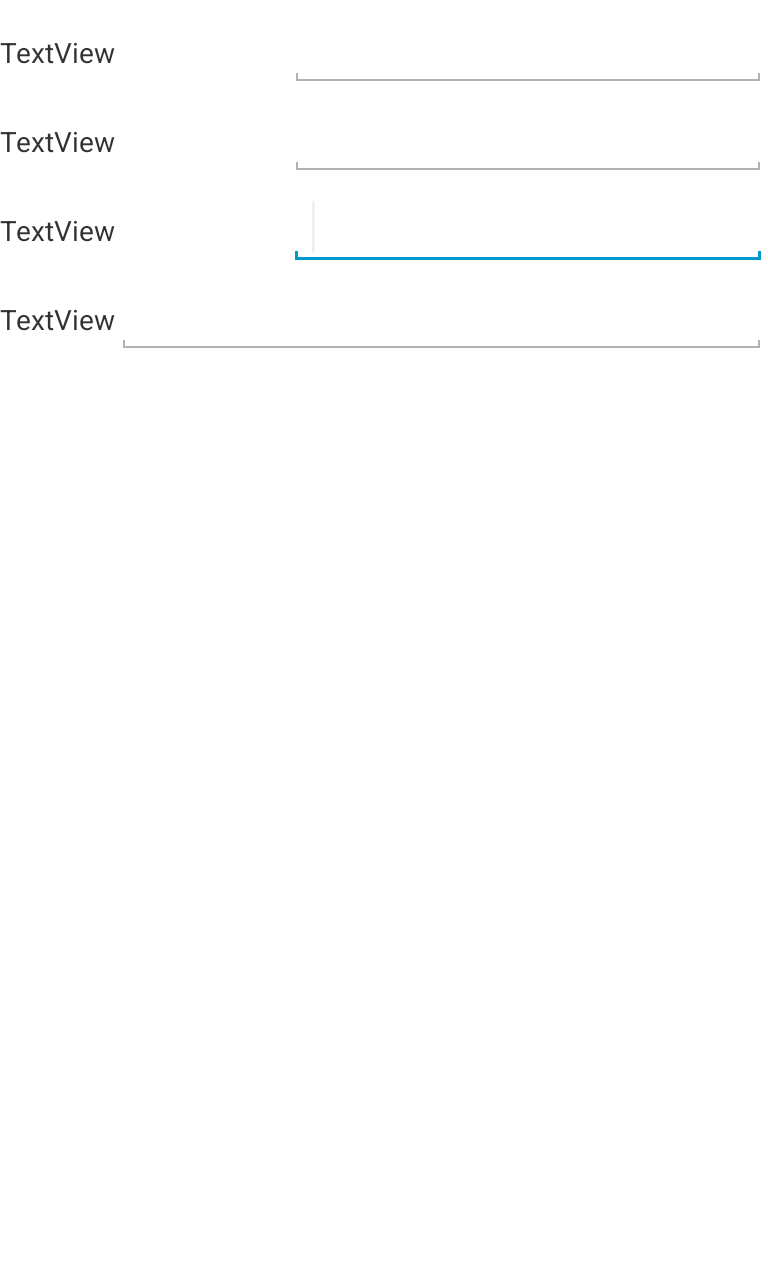
Repository: AungWinnHtut/Android
Layout: mywork1/Sale_system/res/layout/activity_main.xml
These files come from the project's save history. The layout is drawn as it stood at one moment and after the next save; the edit follows.
It is drawn on a 768 x 1280 px phone screen (xhdpi) without system bars, with theme AppTheme; the app's code is not run.

Above is the layout before, as saved 2015-07-12 04:13:57.

### mywork1/Sale_system/res/layout/activity_main.xml
<LinearLayout xmlns:android="http://schemas.android.com/apk/res/android"
    xmlns:tools="http://schemas.android.com/tools"
    android:id="@+id/LinearLayout1"
    android:layout_width="match_parent"
    android:layout_height="match_parent"
    android:orientation="vertical" >



    <LinearLayout
        android:layout_width="match_parent"
        android:layout_height="wrap_content"
        android:layout_marginTop="5dp"
        android:orientation="horizontal" >

        <TextView
            android:id="@+id/textView1"
            android:layout_width="0dp"
            android:layout_height="wrap_content"
            android:layout_weight="0.3"
            android:text="TextView" />

        <EditText
            android:id="@+id/editText1"
            android:layout_width="0dp"
            android:layout_weight="0.5
            "
            android:layout_height="wrap_content"
            android:ems="10" />

    </LinearLayout>



    <LinearLayout
        android:layout_width="match_parent"
        android:layout_height="wrap_content"
        android:layout_marginTop="5dp"
        android:orientation="horizontal" >

        <TextView
            android:id="@+id/textView2"
            android:layout_width="0"
            android:layout_height="wrap_content"
            android:layout_weight="0.3"
            android:text="TextView" />

        <EditText
            android:id="@+id/editText2"
            android:layout_width="0"
            android:layout_height="wrap_content"
            android:layout_weight="0.5"
            android:ems="10" />

    </LinearLayout>



    <LinearLayout
        android:layout_width="match_parent"
        android:layout_height="wrap_content"
        android:layout_marginTop="5dp"
        android:orientation="horizontal" >

        <TextView
            android:id="@+id/textView3"
            android:layout_width="0"
                  android:layout_weight="0.3"
            android:layout_height="wrap_content"
            android:text="TextView" />

        <EditText
            android:id="@+id/editText3"

            android:layout_height="wrap_content"
       android:layout_weight="0.5"
            android:ems="10" >

            <requestFocus />
        </EditText>

    </LinearLayout>




    <LinearLayout
        android:layout_width="match_parent"
        android:layout_height="wrap_content"
        android:layout_marginTop="5dp"
        android:orientation="horizontal" >

        <TextView
            android:id="@+id/textView4"
            android:layout_width="wrap_content"
            android:layout_height="wrap_content"
            android:text="TextView" />

        <EditText
            android:id="@+id/editText4"
            android:layout_width="wrap_content"
            android:layout_height="wrap_content"
            android:layout_weight="1"
            android:ems="10" />

    </LinearLayout>

</LinearLayout>

Loaded but not shown: mywork1/Sale_system/res/values-v11/styles.xml (common file); mywork1/Sale_system/res/values-v14/styles.xml (common file); mywork1/Sale_system/res/values/styles.xml (common file)

After the next save:
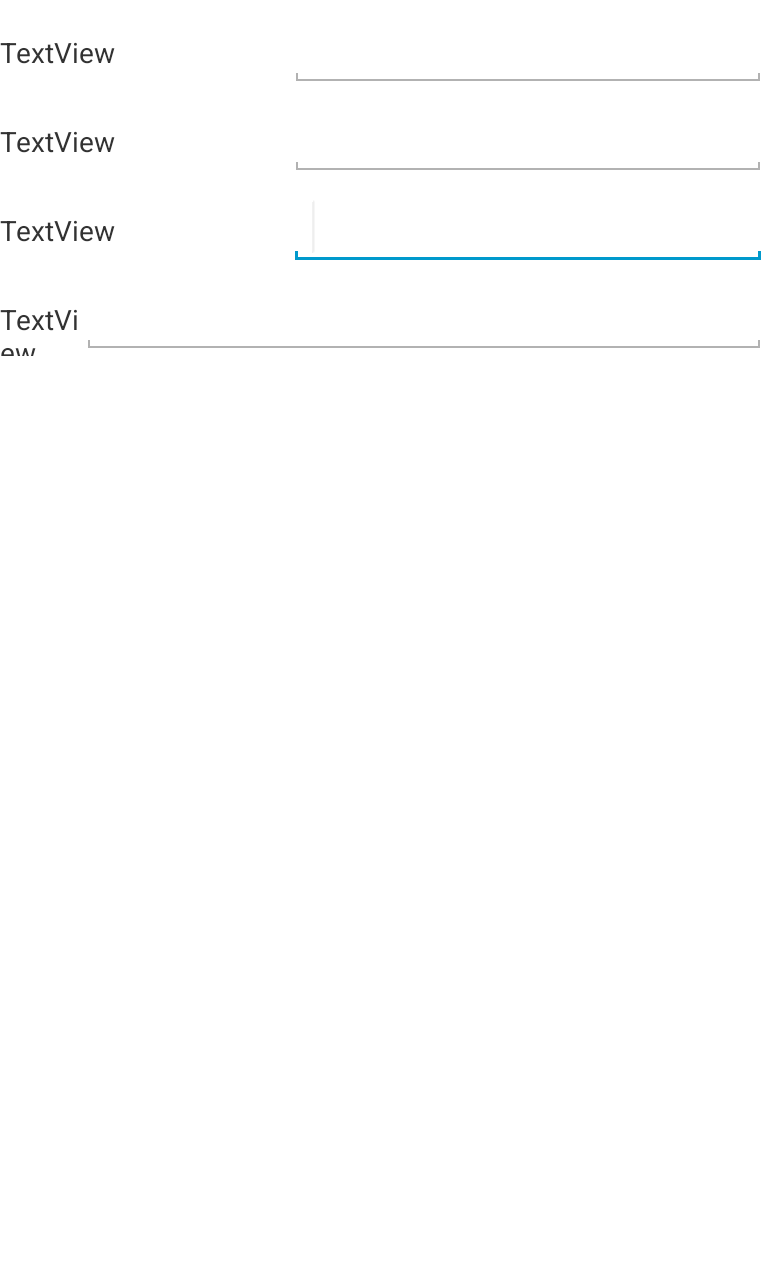
Saved 22 s later.
--- a/mywork1/Sale_system/res/layout/activity_main.xml
+++ b/mywork1/Sale_system/res/layout/activity_main.xml
@@ -92,8 +92,9 @@
 
         <TextView
             android:id="@+id/textView4"
-            android:layout_width="wrap_content"
+            android:layout_width="0"
             android:layout_height="wrap_content"
+                  android:layout_weight="0.3"
             android:text="TextView" />
 
         <EditText
